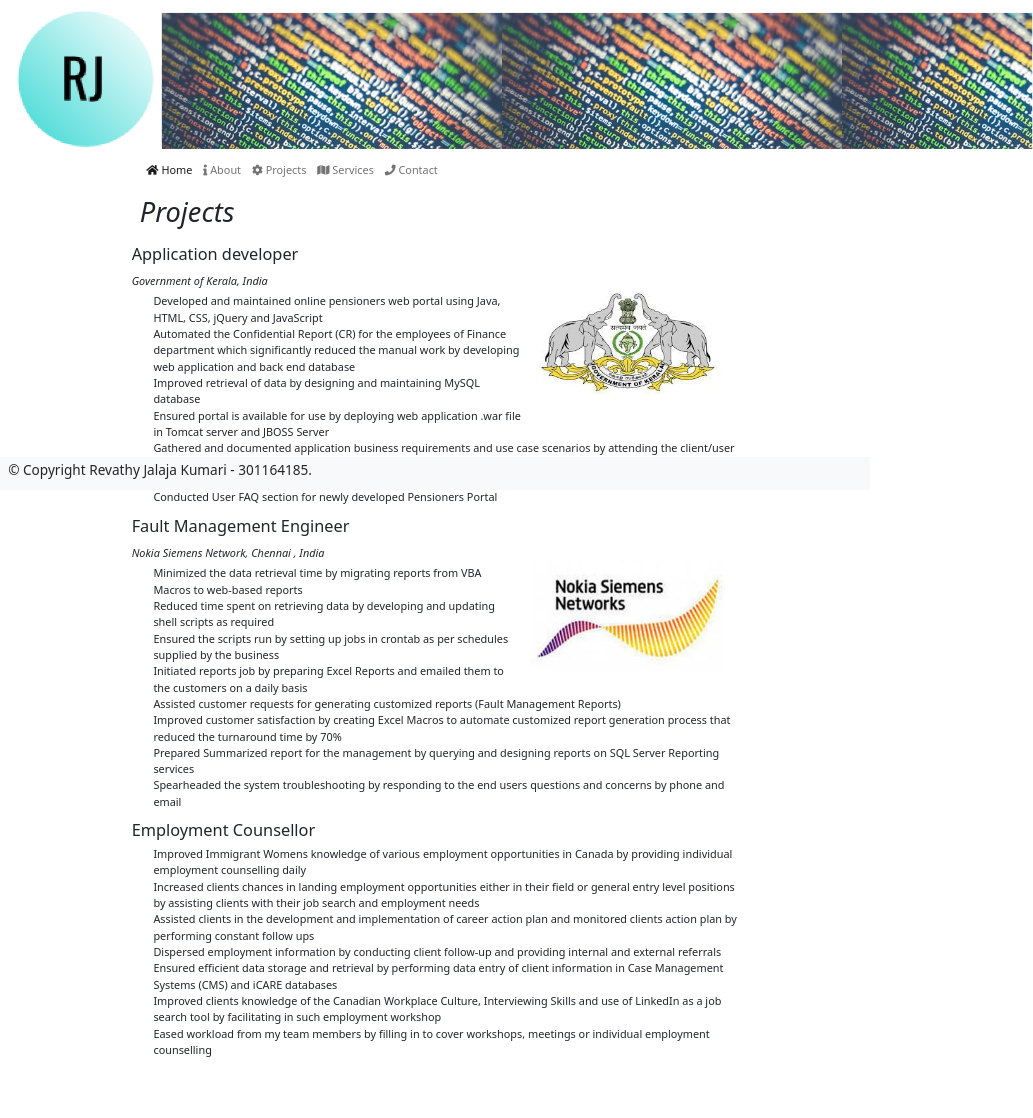
Repository: RevathyJK/Portfolio
Page: http://localhost/projects
An editor plug-in stored every save of this project. The page is shown before and after the next save, followed by the edit.
The browser window is 1280 px wide. The page is 1519 px wide, so the pictures cover 1519 px, including what lies to the right of the window. The pictures show the whole page, at 68% of full size.
Backgrounds fixed to the window are drawn as part of the page. The page is served by the project's Node server (server.js).

Above is the page before, as saved 2021-10-01 16:06:55.

After the next save:
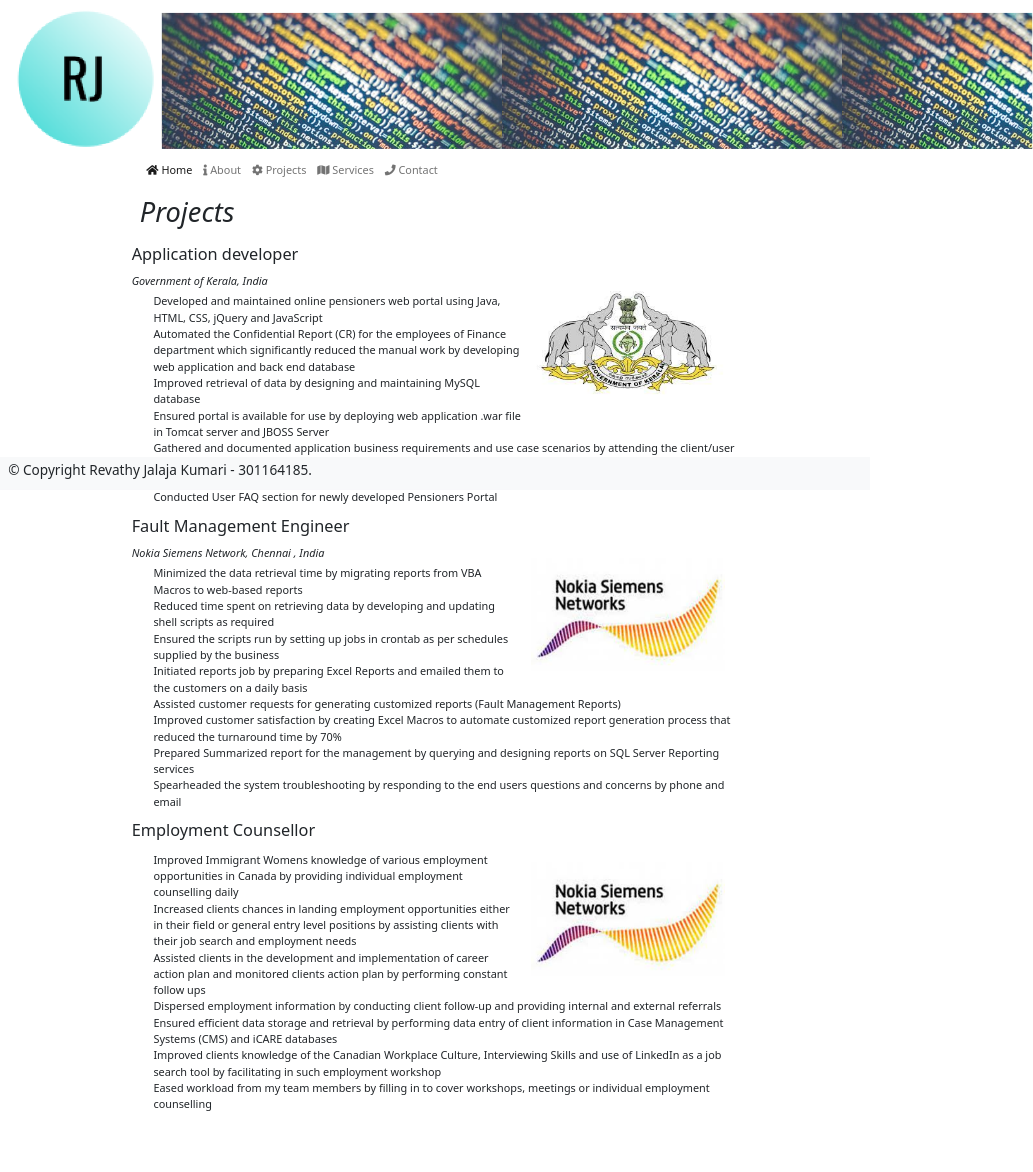
Saved 96 s later.
--- a/Server/Views/content/projects.ejs
+++ b/Server/Views/content/projects.ejs
@@ -39,6 +39,7 @@
 
 <tr>
         <h4>Employment Counsellor</h4>
+        <img id="img_listing" height="200" src="nsn.jpg" width="300" class="auto-style1"></p>
         <ul >
                 <li>Improved Immigrant Womens knowledge of various employment opportunities in Canada by providing individual employment counselling daily </li>
                 <li>Increased clients chances in landing employment opportunities either in their field or general entry level positions by assisting clients with their job search and employment needs</li>
